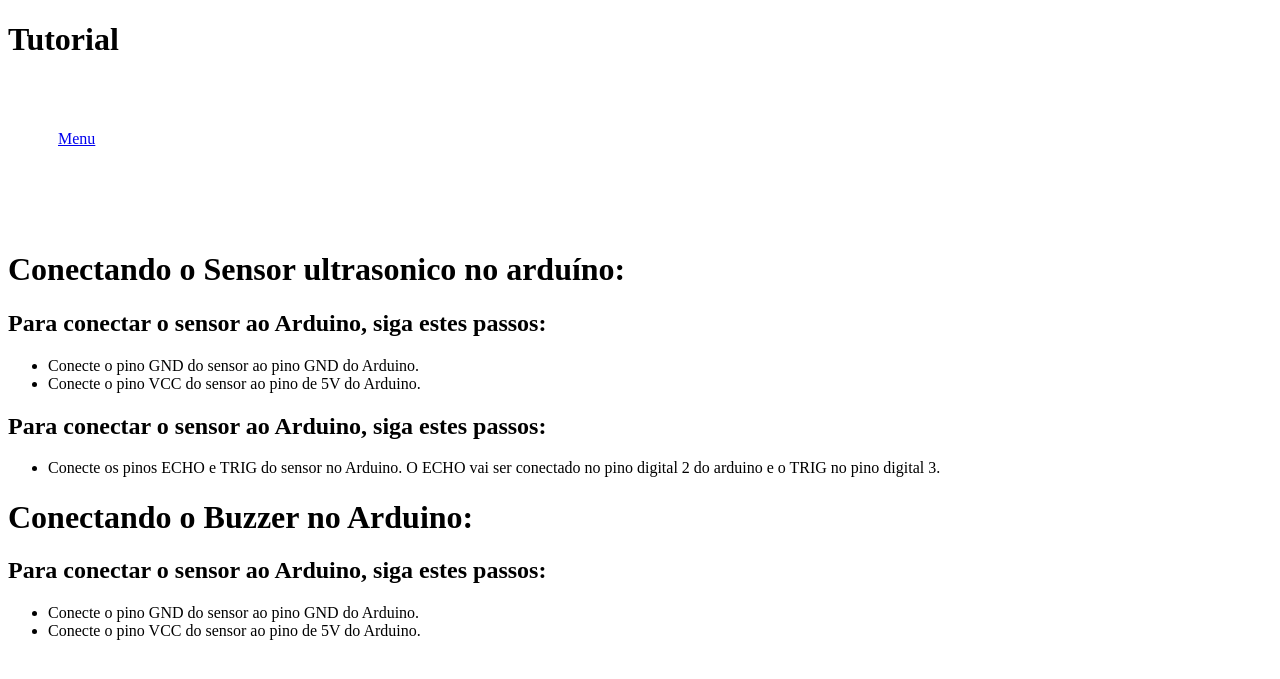
Repository: Eito2511/Site-tutorial-arduino
Page: tutorial.html
The author's editor kept a copy of each file at every save. The page is drawn from the files as they stood at one save, then again after a run of saves.
The browser window is 1280 px wide. The pictures show the whole page.

Above is the page before, as saved 2025-06-03 18:17:31.

After the next 2 saves:
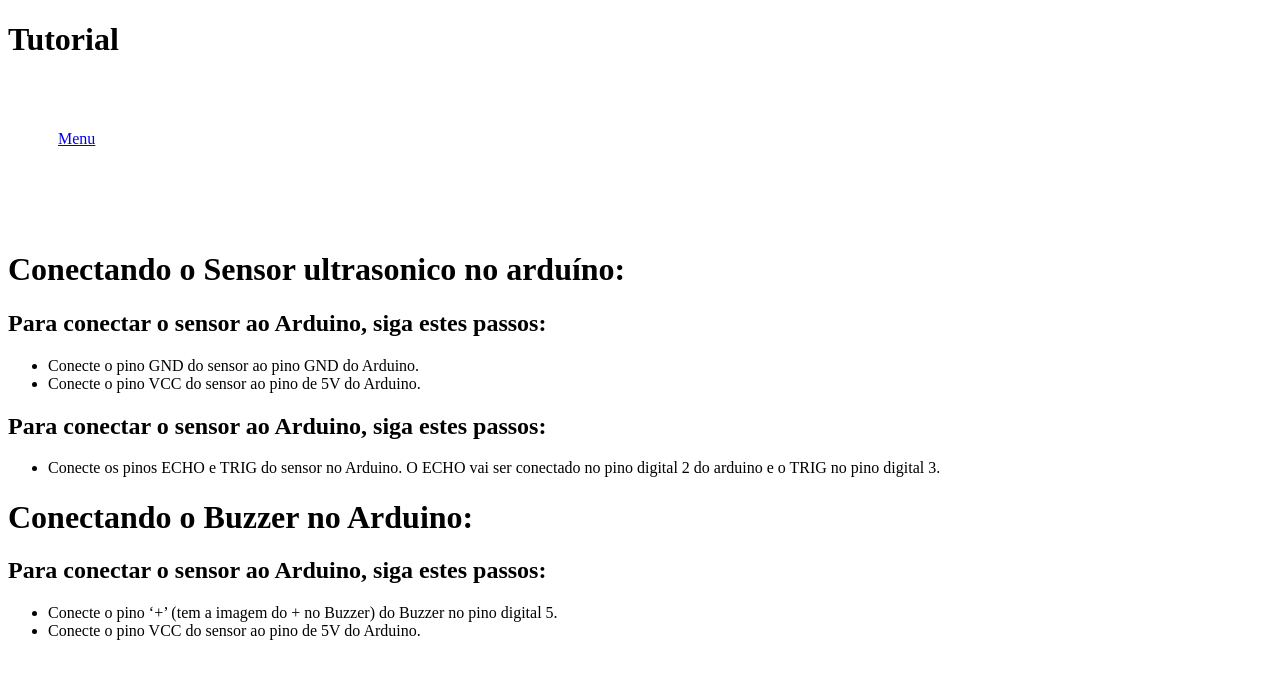
The 2 saves are shown as one change because they came seconds apart.
The last was saved 29 s later.
--- a/tutorial.html
+++ b/tutorial.html
@@ -34,7 +34,7 @@
       <h1>Conectando o Buzzer no Arduino:</h1>
       <h2>Para conectar o sensor ao Arduino, siga estes passos:</h2>
       <ul>
-        <li>Conecte o pino GND do sensor ao pino GND do Arduino.</li>
+        <li>Conecte o pino ‘+’ (tem a imagem do + no Buzzer) do Buzzer no pino digital 5.</li>
         <li>Conecte o pino VCC do sensor ao pino de 5V do Arduino.</li>
       </ul>
     </div>
